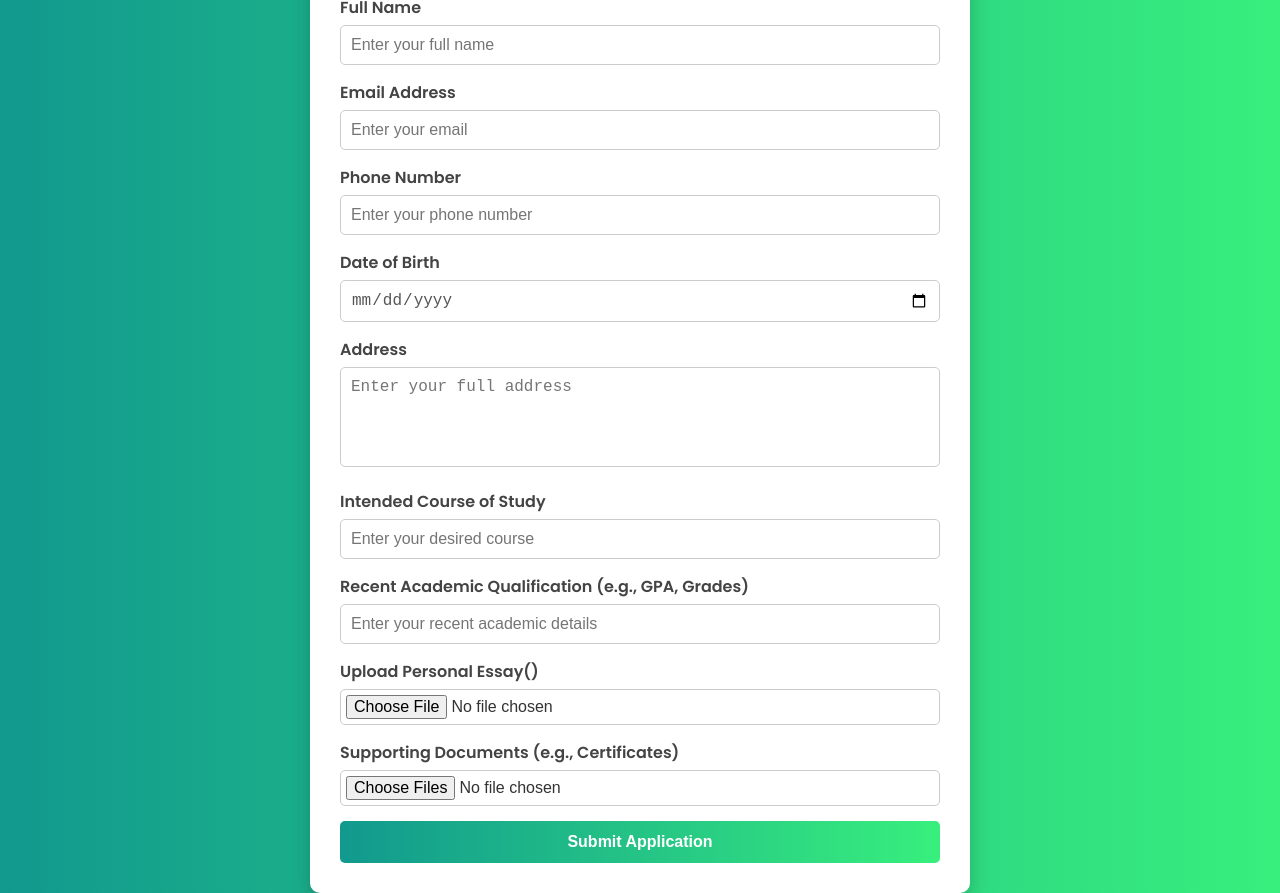
Repository: shivagni518/WEB-3
Page: index.html
The author's editor kept a copy of each file at every save. The page is drawn from the files as they stood at one save, then again after the next save.
The browser window is 1280 px wide. The pictures show the whole page.

Above is the page before, as saved 2024-12-02 20:16:59.

After the next save:
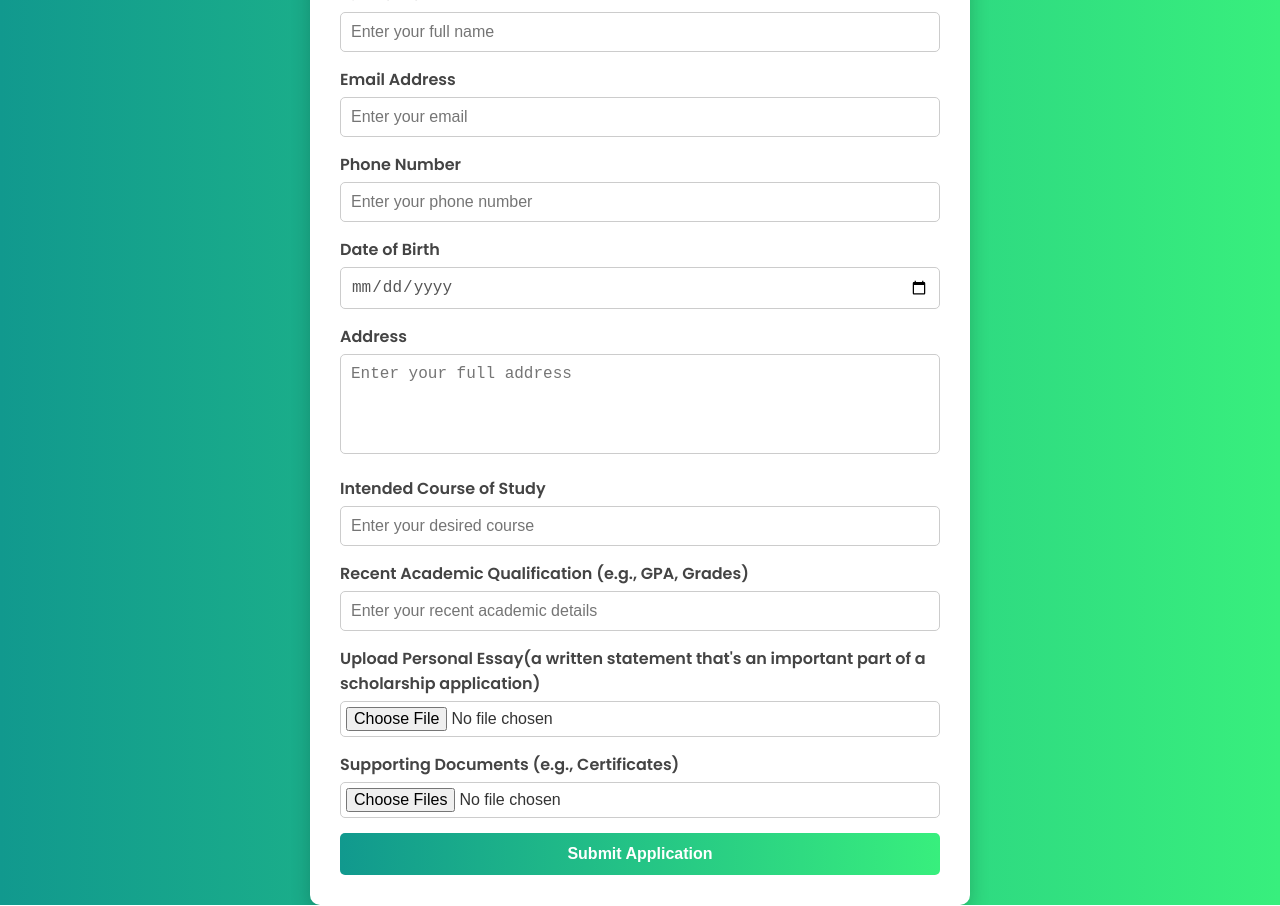
Saved 33 s later.
--- a/index.html
+++ b/index.html
@@ -43,7 +43,7 @@
         <input type="text" id="grade" name="grade" placeholder="Enter your recent academic details" required>
       </div>
       <div class="form-group">
-        <label for="essay">Upload Personal Essay()</label>
+        <label for="essay">Upload Personal Essay(a written statement that's an important part of a scholarship application)</label>
         <input type="file" id="essay" name="essay" accept=".pdf, .docx" required>
       </div>
       <div class="form-group">
